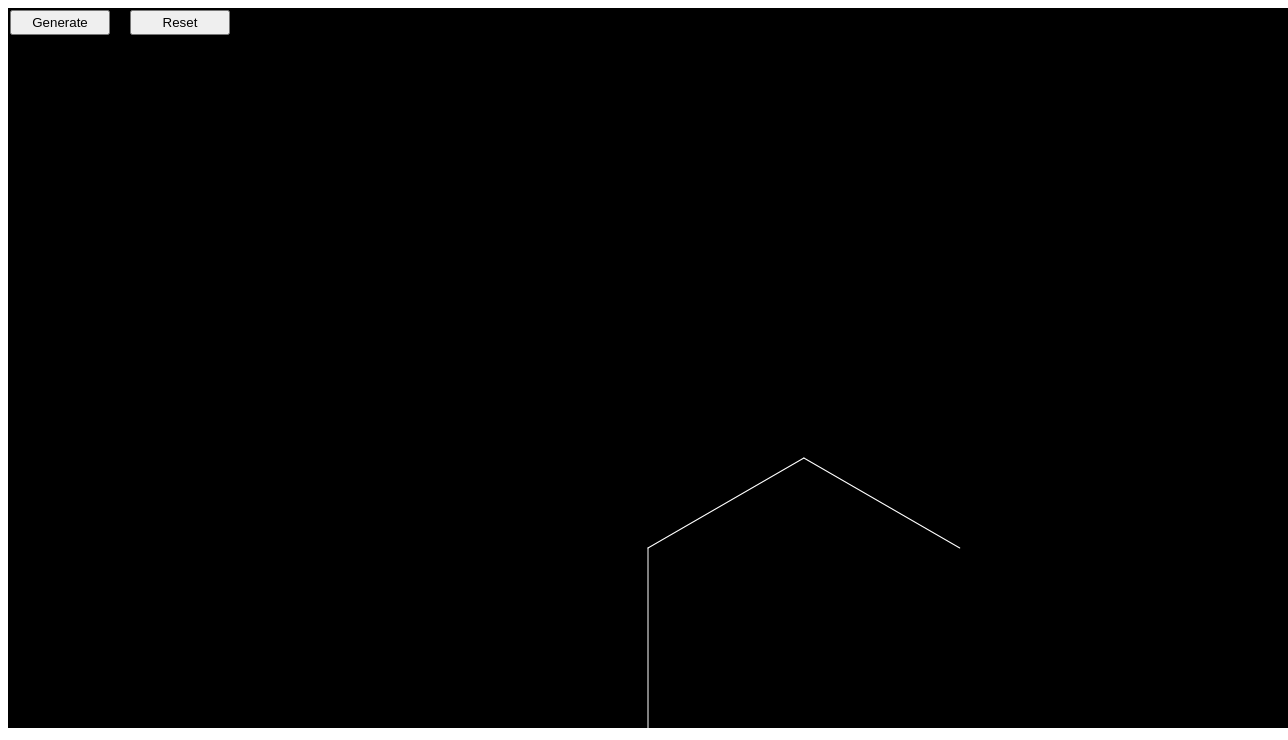
Repository: Gabrielw123/Fraktalgenerator
Page: fraktaler/test/bruh.html
An editor plug-in stored every save of this project. The page is shown before and after the next save, followed by the edit.
The browser window is 1280 px wide. The page is 1288 px wide, so the pictures cover 1288 px, including what lies to the right of the window. The pictures show the whole page.
Some web libraries are served in a nearby version.

Above is the page before, as saved 2022-01-12 09:13:00.

### fraktaler/test/bruh.html
<!DOCTYPE html>
<html lang="en">
  <head>
    <meta charset="UTF-8" />
    <meta name="viewport" content="width=device-width, initial-scale=1.0" />
    <meta http-equiv="X-UA-Compatible" content="ie=edge" />
  </head>
  <body>
    <script src="https://cdn.jsdelivr.net/npm/p5@1.0.0/lib/p5.js"></script>
    <script src="noob.js"></script>
  </body>
</html>

### fraktaler/test/noob.js
let genButton;
let resButton;
let guiText;

let generation = 0;
let maxGeneration = 6;

let length;
let angle;

let axiom = "F++F++F";
let sentence = axiom;

let rules = [
  {
    in: "F",
    out: "F-F++F-F",
  },
];

function setup() {
  createCanvas(windowWidth, windowHeight);
  angle = radians(30);
  length = height / 4;
  turtle();
  drawGUI();
}

function generate() {
  length *= 0.5;

  let nextSentence = "";

  for (let i = 0; i < sentence.length; i++) {
    let found = false;
    let currentChar = sentence.charAt(i);

    for (let j = 0; j < rules.length; j++) {
      if (currentChar === rules[j].in) {
        found = true;
        nextSentence += rules[j].out;
        break;
      }
    }
    if (!found) {
      nextSentence += currentChar;
    }
  }
  sentence = nextSentence;
  turtle();
}

function turtle() {
  resetMatrix();
  background(0);
  stroke(255);
  translate(width / 2, height);

  for (let i = 0; i <= sentence.length; i++) {
    let currentChar = sentence.charAt(i);

    if (currentChar === "F") {
      line(0, 0, 0, -length);
      translate(0, -length);
    } else if (currentChar === "+") {
      rotate(angle);
    } else if (currentChar === "-") {
      rotate(-angle);
    } else if (currentChar === "[") {
      push();
    } else if (currentChar === "]") {
      pop();
    }
  }
  generation++;
}

function drawGUI() {
  genButton = createButton("Generate");
  genButton.size(100, 25);
  genButton.position(10, 10);
  genButton.mousePressed(function () {
    if (generation < maxGeneration) generate();
  });

  resButton = createButton("Reset");
  resButton.size(100, 25);
  resButton.position(130, 10);
  resButton.mousePressed(function () {
    sentence = axiom;
    length = height / 4;
    generation = 0;
    turtle();
  });
}

After the next save:
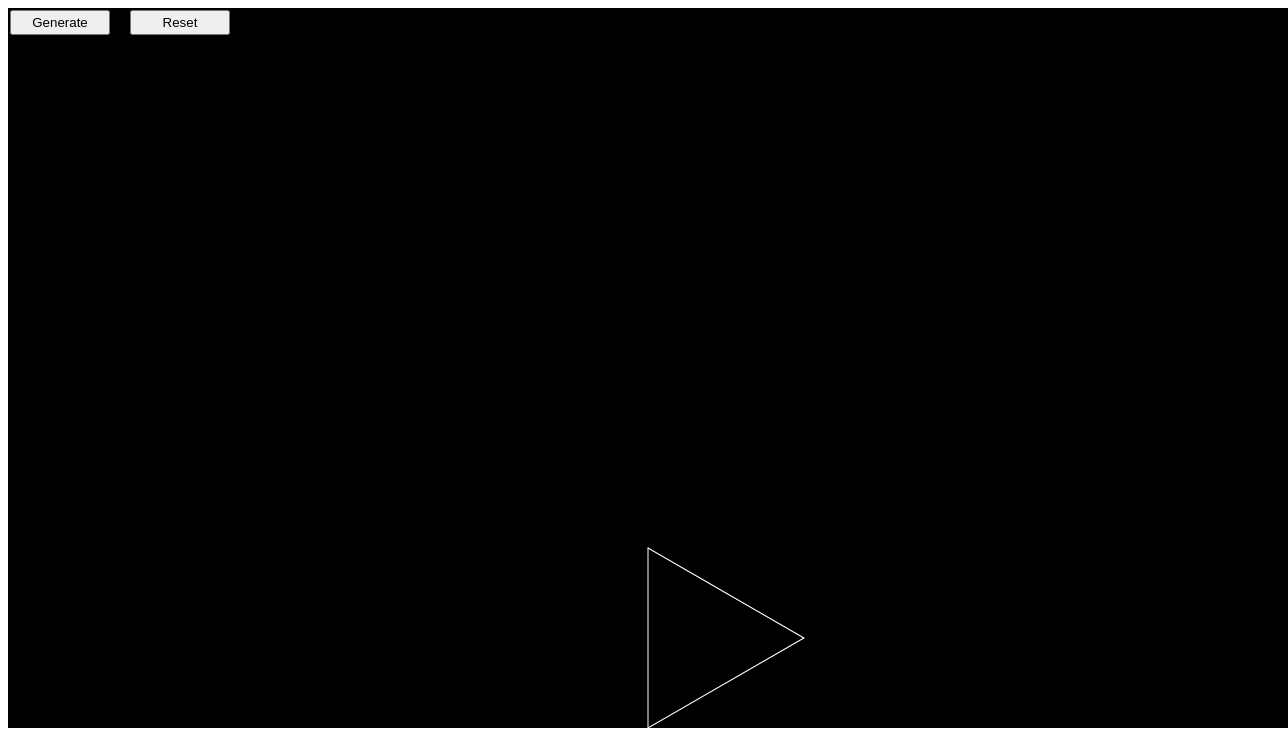
Saved 20 s later.
--- a/fraktaler/test/noob.js
+++ b/fraktaler/test/noob.js
@@ -20,7 +20,7 @@ let rules = [
 
 function setup() {
   createCanvas(windowWidth, windowHeight);
-  angle = radians(30);
+  angle = radians(60);
   length = height / 4;
   turtle();
   drawGUI();
